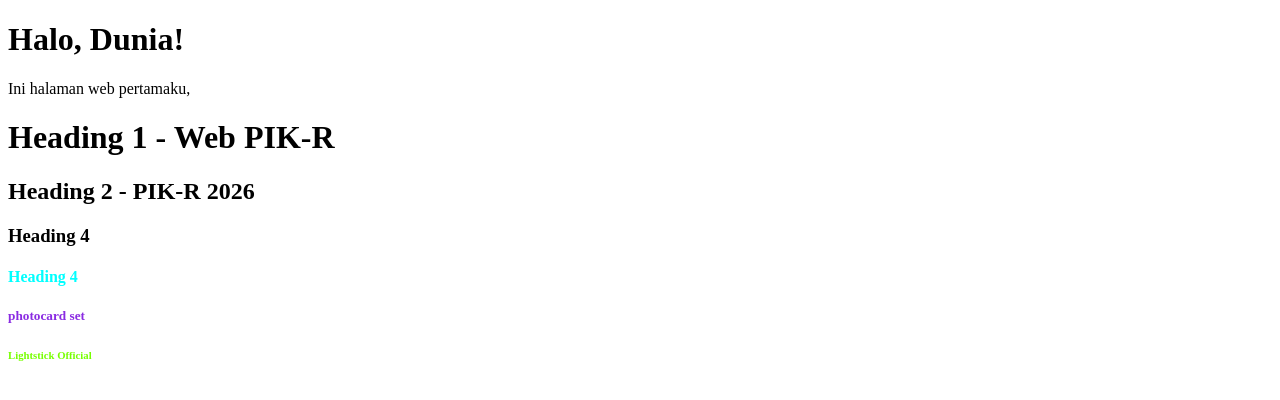
Repository: sekartazivi/241552010020-Web-Application-Development
Page: test.html
An editor plug-in stored every save of this project. The page is shown before and after a run of saves, followed by the edit.
The browser window is 1280 px wide. The pictures show the whole page.

Above is the page before, as saved 2026-02-20 08:32:26.

After the next 2 saves:
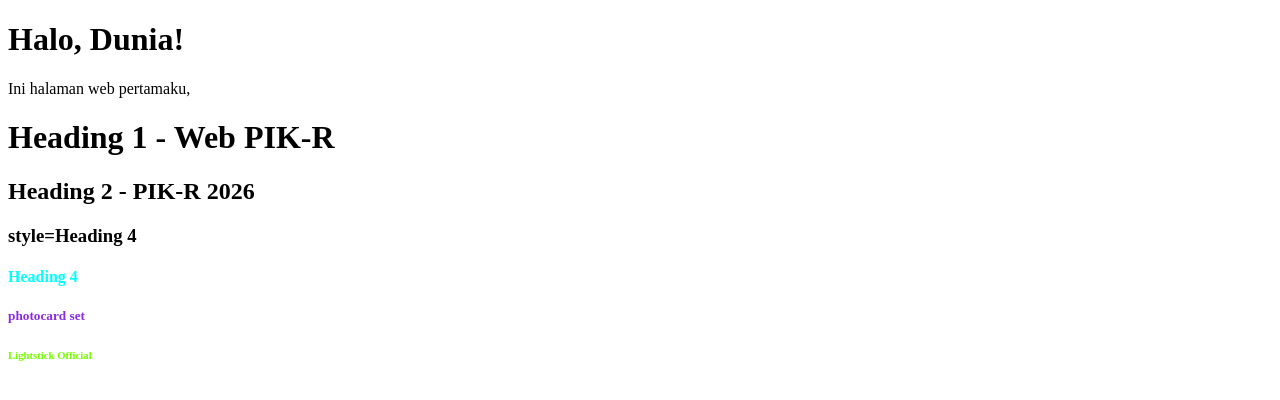
The 2 saves are shown as one change because they came seconds apart.
The last was saved 5 s later.
--- a/test.html
+++ b/test.html
@@ -10,7 +10,7 @@
     <p>Ini halaman web pertamaku,</p>
     <h1>Heading 1 - Web PIK-R</h1>
     <h2>Heading 2 - PIK-R 2026</h2>
-    <h3> Heading 4</h3>
+    <h3> style=Heading 4</h3>
     <h4 style="color: aqua;" >Heading 4</h4>
     <h5 style="color: blueviolet;">photocard set</h5>
     <h6 style="color: rgb(119, 255, 0);">Lightstick Official</h6>
